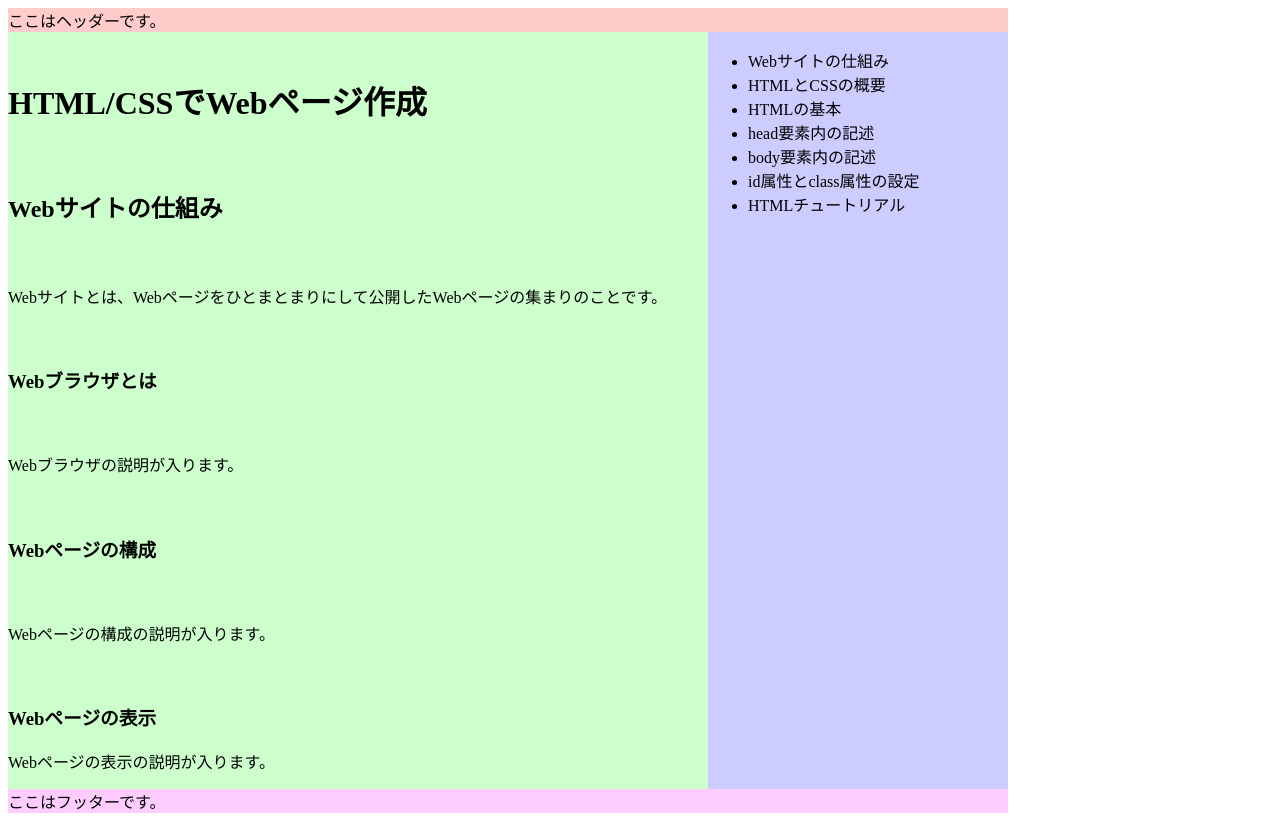
Repository: mizutawataru/original-service
Page: kadai-html.html
The author's editor kept a record of every edit. The page is drawn from the files as they stood at one moment, then again after the next edit.
The browser window is 1280 px wide. The pictures show the whole page.

Above is the page before.

### kadai-html.html
<!DOCTYPE html>
<html lang="ja">
    <head>
        <meta charset="utf-8">
        <title>HTML/CSSでWebページ作成</title>
        <link rel="stylesheet" href="kadai-css.css">
    </head>
    <body>
        <header>
            ここはヘッダーです。
        </header>
        <div id="wrapper">
            <div id="main">
            　<h1>HTML/CSSでWebページ作成</h1>
            　<h2>Webサイトの仕組み</h2>
            　　<p>Webサイトとは、Webページをひとまとまりにして公開したWebページの集まりのことです。</p>
            　<h3>Webブラウザとは</h3>
            　  <p>Webブラウザの説明が入ります。</p>
            　<h3>Webページの構成</h3>
            　  <p>Webページの構成の説明が入ります。</p>
            　<h3>Webページの表示</h3
            　  <p>Webページの表示の説明が入ります。</p>
            </div>
            <nav id="menu">
                <ul>
                   <li>Webサイトの仕組み</li>
                   <li>HTMLとCSSの概要</li>
                   <li>HTMLの基本</li>
                   <li>head要素内の記述</li>
                   <li>body要素内の記述</li>
                   <li>id属性とclass属性の設定</li>
                   <li>HTMLチュートリアル</li>
                </ul>
            </nav>
        </div>
        <footer>
            ここはフッターです。
        </footer>
    </body>
</html>

### kadai-css.css
header {
    background-color: #ffcccc;
    width: 1000px;
}

#wrapper {
    display: flex;
    width: 1000px;
}

#main {
    width: 700px;
    background-color: #ccffcc;
}

#menu {
    width: 300px;
    background-color: #ccccff;
}

footer {
    background-color: #ffccff;
    width: 1000px;
}

After the next edit:
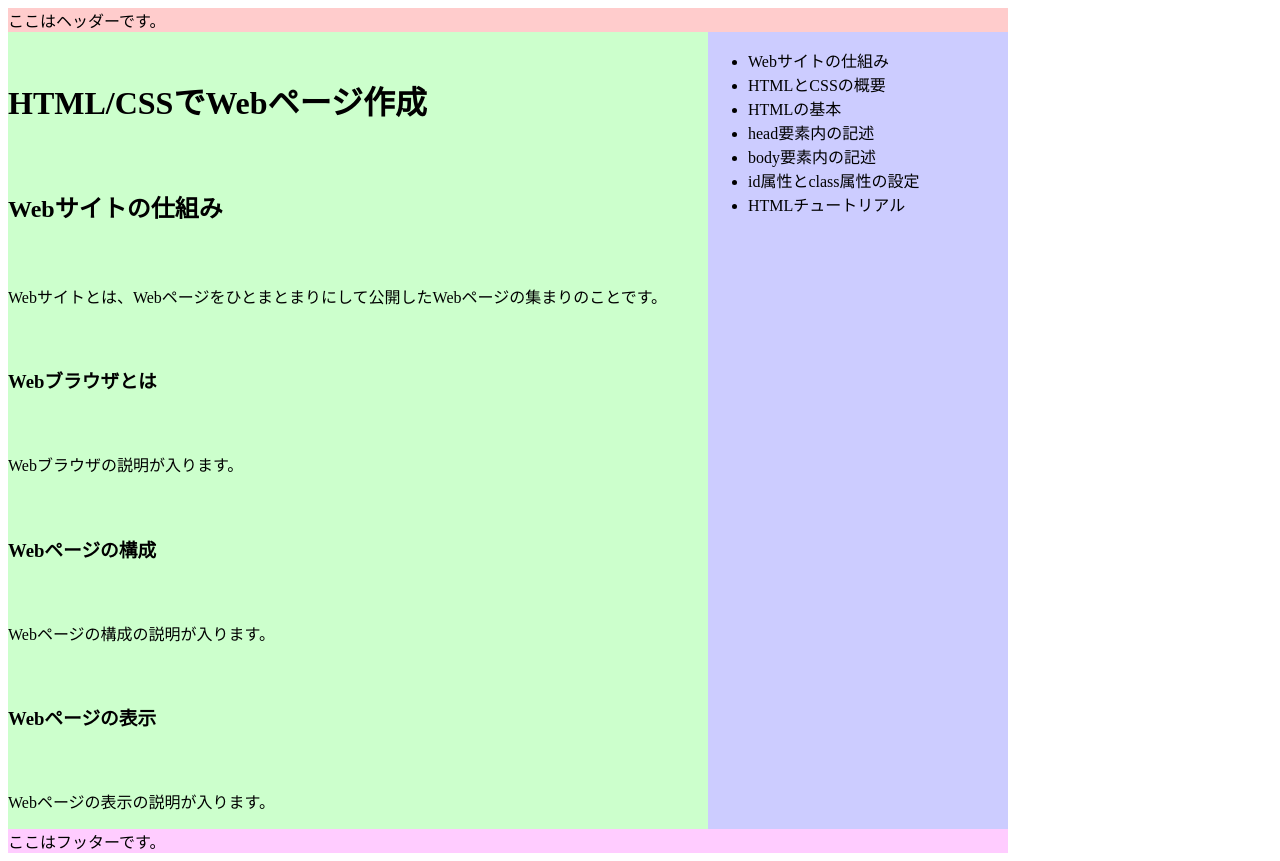
The edit:
--- a/kadai-html.html
+++ b/kadai-html.html
@@ -18,7 +18,7 @@
             　  <p>Webブラウザの説明が入ります。</p>
             　<h3>Webページの構成</h3>
             　  <p>Webページの構成の説明が入ります。</p>
-            　<h3>Webページの表示</h3
+            　<h3>Webページの表示</h3>
             　  <p>Webページの表示の説明が入ります。</p>
             </div>
             <nav id="menu">
